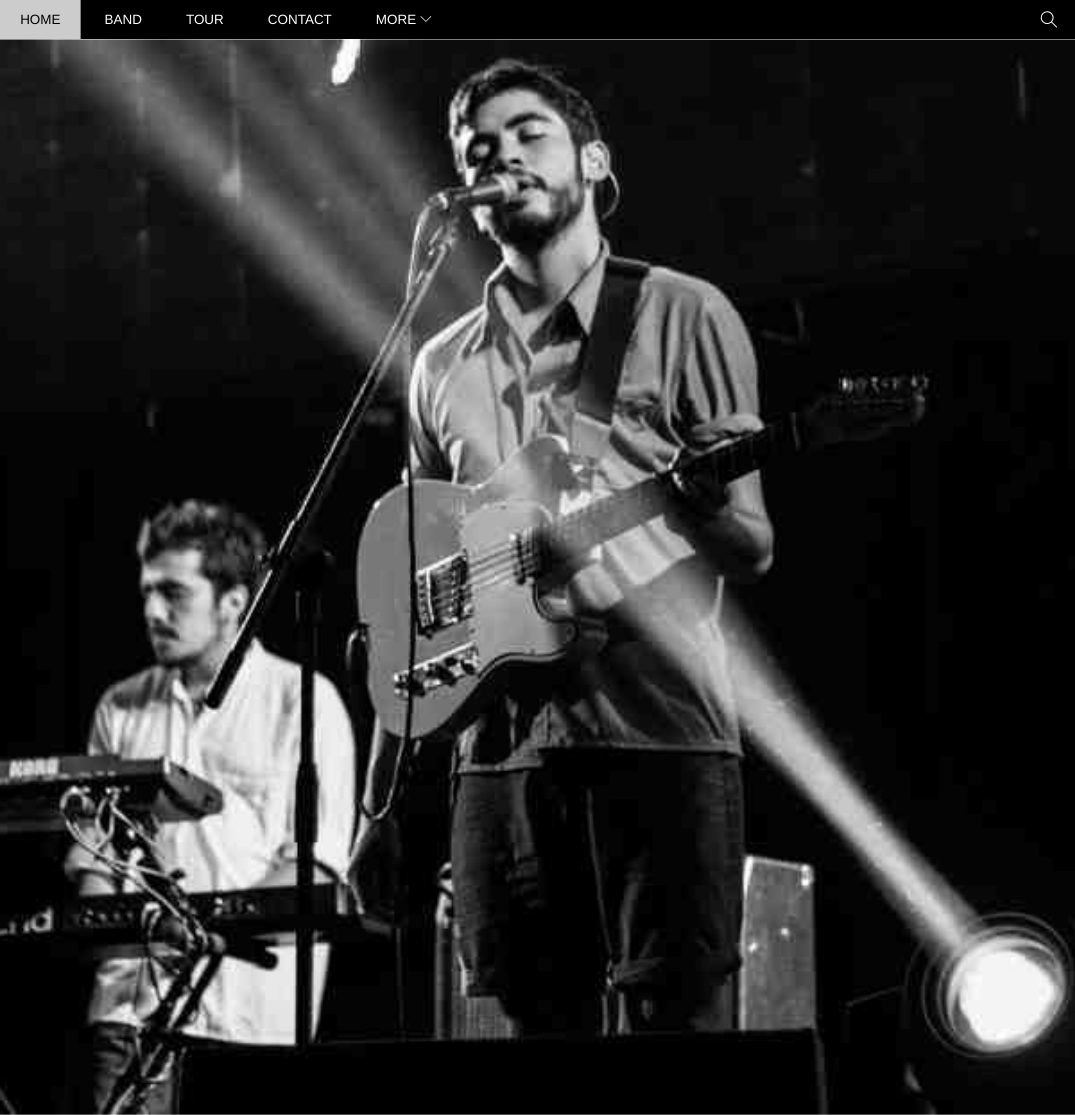
Repository: qhoa25623/The-Band
Page: index.html
An editor plug-in stored every save of this project. The page is shown before and after the next save, followed by the edit.
The browser window is 1280 px wide. The pictures show the whole page, at 84% of full size.

Above is the page before, as saved 2022-04-25 22:26:01.

After the next save:
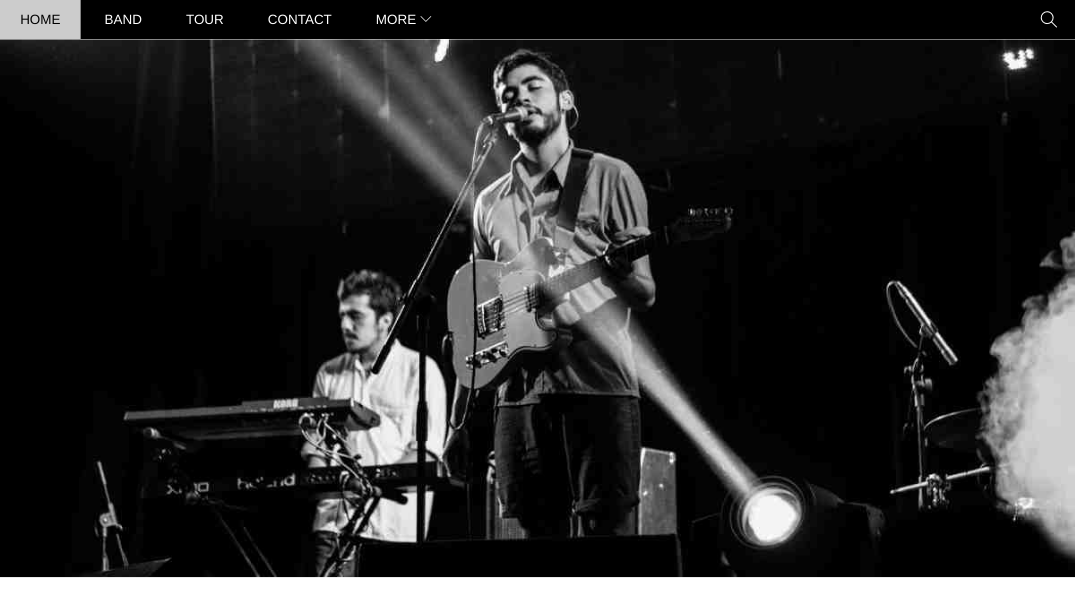
Saved 60 s later.
--- a/assets/css/styles.css
+++ b/assets/css/styles.css
@@ -79,7 +79,7 @@ html {
 }
 #slider {
   margin-top:46.5px;
-  padding:50%;
+  padding-top:50%;
   background: url('/assets/img/slider/slider1.jpg') top center / cover no-repeat;
 }
 #content {
